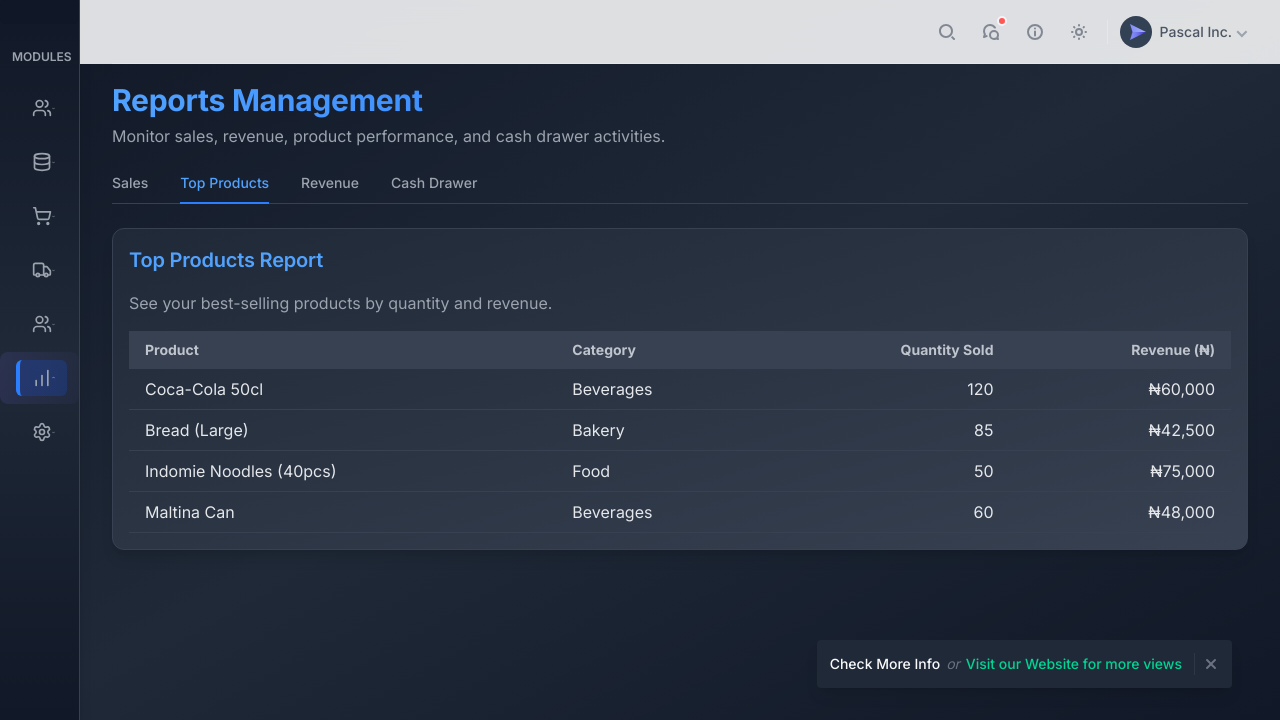
Repository: chykesure/grox-supermarket
Page: /reports/top-products
These files come from the project's save history. The page is drawn as it stood at one moment and after the next save; the edit follows.
The browser window is 1280 px wide. The pictures show the whole page.
The project was rebuilt for these pictures with package versions that can differ from the ones it lists, and the page was loaded fresh each time. Also part of the build but not shown: vite.config.js, src/components/DropdownFilter.jsx, src/lib/utils.ts, src/components/ui/calendar.jsx, src/components/ui/popover.jsx, src/components/Datepicker.jsx, src/charts/LineChart01.jsx, src/components/DropdownEditMenu.jsx and 50 more.

Above is the page before, as saved 2025-09-24 12:01:51.

After the next save:
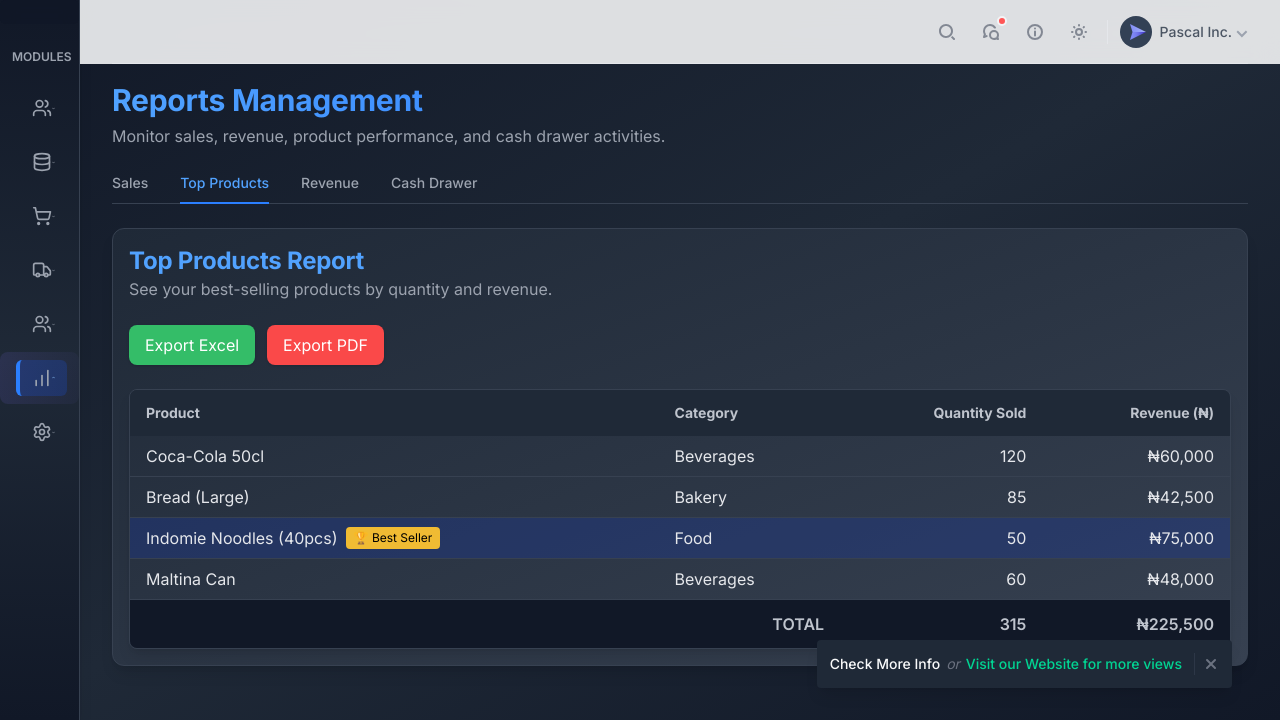
Saved 100 s later.
--- a/src/pages/pos/reports/TopProductsReport.jsx
+++ b/src/pages/pos/reports/TopProductsReport.jsx
@@ -1,5 +1,8 @@
 // src/pages/reports/TopProductsReport.jsx
 import React from "react";
+import * as XLSX from "xlsx";
+import jsPDF from "jspdf";
+import "jspdf-autotable";
 
 function TopProductsReport() {
   const topProducts = [
@@ -9,37 +12,105 @@ function TopProductsReport() {
     { id: 4, product: "Maltina Can", category: "Beverages", qtySold: 60, revenue: 48000 },
   ];
 
+  // 📊 Totals
+  const totalQty = topProducts.reduce((sum, item) => sum + item.qtySold, 0);
+  const totalRevenue = topProducts.reduce((sum, item) => sum + item.revenue, 0);
+
+  // 🏆 Best seller (highest revenue)
+  const bestSeller = topProducts.reduce(
+    (max, item) => (item.revenue > max.revenue ? item : max),
+    topProducts[0]
+  );
+
+  // 📥 Export to Excel
+  const exportToExcel = () => {
+    const ws = XLSX.utils.json_to_sheet(topProducts);
+    const wb = XLSX.utils.book_new();
+    XLSX.utils.book_append_sheet(wb, ws, "Top Products");
+    XLSX.writeFile(wb, "TopProductsReport.xlsx");
+  };
+
+  // 📥 Export to PDF
+  const exportToPDF = () => {
+    const doc = new jsPDF();
+    doc.text("Top Products Report", 14, 15);
+    doc.autoTable({
+      head: [["Product", "Category", "Quantity Sold", "Revenue (₦)"]],
+      body: topProducts.map((item) => [
+        item.product,
+        item.category,
+        item.qtySold,
+        `₦${item.revenue.toLocaleString()}`,
+      ]),
+      foot: [["", "TOTAL", totalQty, `₦${totalRevenue.toLocaleString()}`]],
+      startY: 20,
+    });
+    doc.save("TopProductsReport.pdf");
+  };
+
   return (
-    <div className="space-y-4">
+    <div className="space-y-6">
       {/* Header */}
-      <h2 className="text-xl font-semibold text-blue-400">Top Products Report</h2>
-      <p className="text-gray-400">See your best-selling products by quantity and revenue.</p>
+      <div>
+        <h2 className="text-2xl font-bold text-blue-400">Top Products Report</h2>
+        <p className="text-gray-400">See your best-selling products by quantity and revenue.</p>
+      </div>
+
+      {/* Export Buttons */}
+      <div className="flex gap-3">
+        <button
+          onClick={exportToExcel}
+          className="px-4 py-2 bg-green-600 hover:bg-green-700 text-white rounded-lg shadow"
+        >
+          Export Excel
+        </button>
+        <button
+          onClick={exportToPDF}
+          className="px-4 py-2 bg-red-600 hover:bg-red-700 text-white rounded-lg shadow"
+        >
+          Export PDF
+        </button>
+      </div>
 
       {/* Table */}
-      <div className="overflow-x-auto">
+      <div className="overflow-x-auto rounded-lg shadow-lg border border-gray-700">
         <table className="w-full border-collapse">
           <thead>
-            <tr className="bg-gray-700 text-gray-300 text-sm">
-              <th className="px-4 py-2 text-left">Product</th>
-              <th className="px-4 py-2 text-left">Category</th>
-              <th className="px-4 py-2 text-right">Quantity Sold</th>
-              <th className="px-4 py-2 text-right">Revenue (₦)</th>
+            <tr className="bg-gray-800 text-gray-300 text-sm">
+              <th className="px-4 py-3 text-left">Product</th>
+              <th className="px-4 py-3 text-left">Category</th>
+              <th className="px-4 py-3 text-right">Quantity Sold</th>
+              <th className="px-4 py-3 text-right">Revenue (₦)</th>
             </tr>
           </thead>
           <tbody>
             {topProducts.map((item) => (
-              <tr key={item.id} className="border-b border-gray-700 text-gray-200">
-                <td className="px-4 py-2">{item.product}</td>
+              <tr
+                key={item.id}
+                className={`border-b border-gray-700 text-gray-200 hover:bg-gray-800 transition ${
+                  item.id === bestSeller.id ? "bg-blue-900/40" : ""
+                }`}
+              >
+                <td className="px-4 py-2 flex items-center gap-2">
+                  {item.product}
+                  {item.id === bestSeller.id && (
+                    <span className="text-xs bg-yellow-500 text-black px-2 py-0.5 rounded">
+                      🏆 Best Seller
+                    </span>
+                  )}
+                </td>
                 <td className="px-4 py-2">{item.category}</td>
                 <td className="px-4 py-2 text-right">{item.qtySold}</td>
                 <td className="px-4 py-2 text-right">₦{item.revenue.toLocaleString()}</td>
               </tr>
             ))}
-            {topProducts.length === 0 && (
-              <tr>
-                <td colSpan="4" className="text-center py-4 text-gray-400">
-                  No product data available.
+            {topProducts.length > 0 && (
+              <tr className="bg-gray-900 font-semibold text-gray-300">
+                <td className="px-4 py-3 text-right" colSpan="2">
+                  TOTAL
                 </td>
+                <td className="px-4 py-3 text-right">{totalQty}</td>
+                <td className="px-4 py-3 text-right">₦{totalRevenue.toLocaleString()}</td>
               </tr>
             )}
           </tbody>
